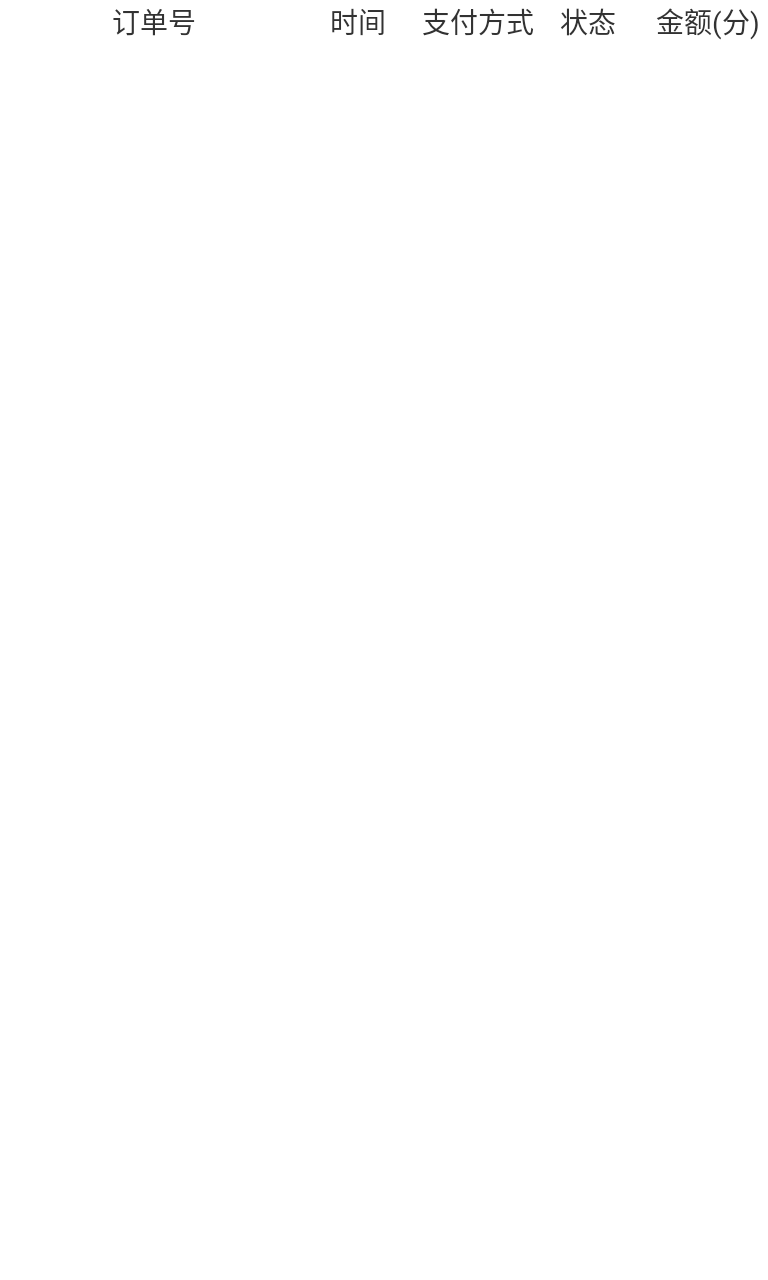
Repository: blanks1314/sysnc_android
Layout: UpayDemo/res/layout/view_head.xml
These files come from the project's save history. The layout is drawn as it stood at one moment and after the next save; the edit follows.
It is drawn on a 768 x 1280 px phone screen (xhdpi) without system bars, with theme AppTheme; the app's code is not run.

Above is the layout before, as saved 2015-05-05 04:45:51.

### UpayDemo/res/layout/view_head.xml
<?xml version="1.0" encoding="utf-8"?>
<LinearLayout xmlns:android="http://schemas.android.com/apk/res/android"
    android:layout_width="match_parent"
    android:layout_height="match_parent"
    android:orientation="horizontal" >

    <TextView
        android:id="@+id/tvOrderId"
        android:layout_width="0dp"
        android:layout_height="wrap_content"
        android:layout_weight="1"
        android:gravity="center"
        android:text="订单号"
        android:layout_marginLeft="5dp" />

    <TextView
        android:id="@+id/tvTime"
        android:gravity="center"
        android:layout_width="60dp"
        android:layout_height="wrap_content"
        android:text="时间" >
    </TextView>

    <TextView
        android:id="@+id/tvMethod"
        android:layout_width="60dp"
        android:gravity="center"
        android:layout_height="wrap_content"
        android:layout_marginRight="5dp"
        android:text="支付方式" >
    </TextView>

    <TextView
        android:id="@+id/tvState"
        android:layout_width="40dp"
        android:gravity="center"
        android:layout_height="wrap_content"
        android:layout_marginRight="5dp"
        android:text="状态" >
    </TextView>

    <TextView
        android:id="@+id/tvAmount"
        android:layout_width="60dp"
        android:gravity="center"
        android:layout_height="wrap_content"
        android:layout_marginLeft="5dp"
        android:text="金额(分)" >
    </TextView>

</LinearLayout>

### UpayDemo/res/values/styles.xml
<resources xmlns:android="http://schemas.android.com/apk/res/android">

    <!--
        Base application theme, dependent on API level. This theme is replaced
        by AppBaseTheme from res/values-vXX/styles.xml on newer devices.













    -->
    <style name="AppBaseTheme" parent="Theme.AppCompat.Light">
        <!--
            Theme customizations available in newer API levels can go in
            res/values-vXX/styles.xml, while customizations related to
            backward-compatibility can go here.













        -->
    </style>

    <!-- Application theme. -->
    <!--
    <style name="AppTheme" parent="AppBaseTheme">
        All customizations that are NOT specific to a particular API-level can go here.
    </style>








    -->

    <style name="AppTheme" parent="Theme.AppCompat.Light">
        <item name="tabView">@style/TabView</item>
        <item name="tabPageIndicator">@style/TabIndicator</item>
    </style>

    <style name="TabIndicator" />

    <style name="TabView">
        <item name="android:addStatesFromChildren">true</item>
        <item name="android:orientation">vertical</item>
        <item name="android:gravity">bottom|center_horizontal</item>
        <item name="android:layout_width">0dp</item>
        <item name="android:background">@android:color/white</item>
        <item name="android:layout_height">match_parent</item>
    </style>

    <style name="text_style_1">
        <item name="android:textSize">16sp</item>
        <item name="android:layout_width">0dp</item>
        <item name="android:layout_weight">1</item>
        <item name="android:layout_height">fill_parent</item>
        <item name="android:gravity">center_vertical</item>
        <item name="android:ellipsize">marquee</item>
        <item name="android:singleLine">true</item>
    </style>

    <style name="edit_style_1">
        <item name="android:textSize">16sp</item>
        <item name="android:layout_width">0dp</item>
        <item name="android:layout_weight">1</item>
        <item name="android:layout_height">fill_parent</item>
        <item name="android:gravity">center_vertical</item>
    </style>

    <style name="spn_style_1">
        <item name="android:textSize">10sp</item>
        <item name="android:layout_width">wrap_content</item>
        <item name="android:layout_height">fill_parent</item>
    </style>

    <style name="linear_style_1">
        <item name="android:layout_width">match_parent</item>
        <item name="android:gravity">center_vertical</item>
        <item name="android:layout_height">40dp</item>
        <item name="android:orientation">horizontal</item>
        <item name="android:layout_marginLeft">5dp</item>
        <item name="android:layout_marginRight">5dp</item>
        <item name="android:layout_marginTop">10dp</item>
    </style>

    <style name="img_btn_1">
        <item name="android:layout_width">wrap_content</item>
        <item name="android:layout_height">wrap_content</item>
        <item name="android:padding">10dp</item>
    </style>

    <style name="btn_style_1">
        <item name="android:layout_width">200dp</item>
        <item name="android:layout_height">wrap_content</item>
        <item name="android:background">@drawable/btn_selecter</item>
        <item name="android:textColor">@color/white</item>
        <item name="android:layout_marginTop">10dp</item>
    </style>

    <style name="btn_style_2">
        <item name="android:layout_width">100dp</item>
        <item name="android:layout_height">wrap_content</item>
        <item name="android:background">@drawable/btn_selecter</item>
        <item name="android:textColor">@color/white</item>
        <item name="android:layout_marginTop">10dp</item>
    </style>

    <style name="loading_dialog" parent="android:style/Theme.Dialog">
        <item name="android:windowFrame">@null</item>
        <item name="android:windowNoTitle">true</item>
        <item name="android:windowIsFloating">true</item>
        <item name="android:windowContentOverlay">@null</item>
        <item name="android:windowBackground">@android:color/transparent</item>
        <item name="android:background">#00000000</item>
 <!-- 设置自定义布局的背景透明 -->
    </style>

    <style name="error_dialog" parent="@android:style/Theme.Dialog">

                　　        <item name="android:windowFrame">@null</item>

                　　        <item name="android:windowIsFloating">true</item>

                　　        <item name="android:windowIsTranslucent">false</item>

                　　        <item name="android:windowNoTitle">true</item>

                　　        <item name="android:background">@android:color/white</item>

                　　        <item name="android:windowBackground">@null</item>

                　　        <item name="android:backgroundDimEnabled">false</item>
        <item name="android:textColor">@android:color/black</item>
    </style>

</resources>

### UpayDemo/res/values/attrs.xml
<?xml version="1.0" encoding="utf-8"?>
<resources>
    <declare-styleable name="TabView">
        <attr name="tabPageIndicator" format="reference" />
        <attr name="tabView" format="reference" />
    </declare-styleable>

    <string-array name="currTypes">
        <item >RMB(156)</item>
    </string-array>
</resources>

Loaded but not shown: UpayDemo/res/values-v11/styles.xml (common file); UpayDemo/res/values-v14/styles.xml (common file); UpayDemo/res/values/values.xml (657 lines, source omitted)

After the next save:
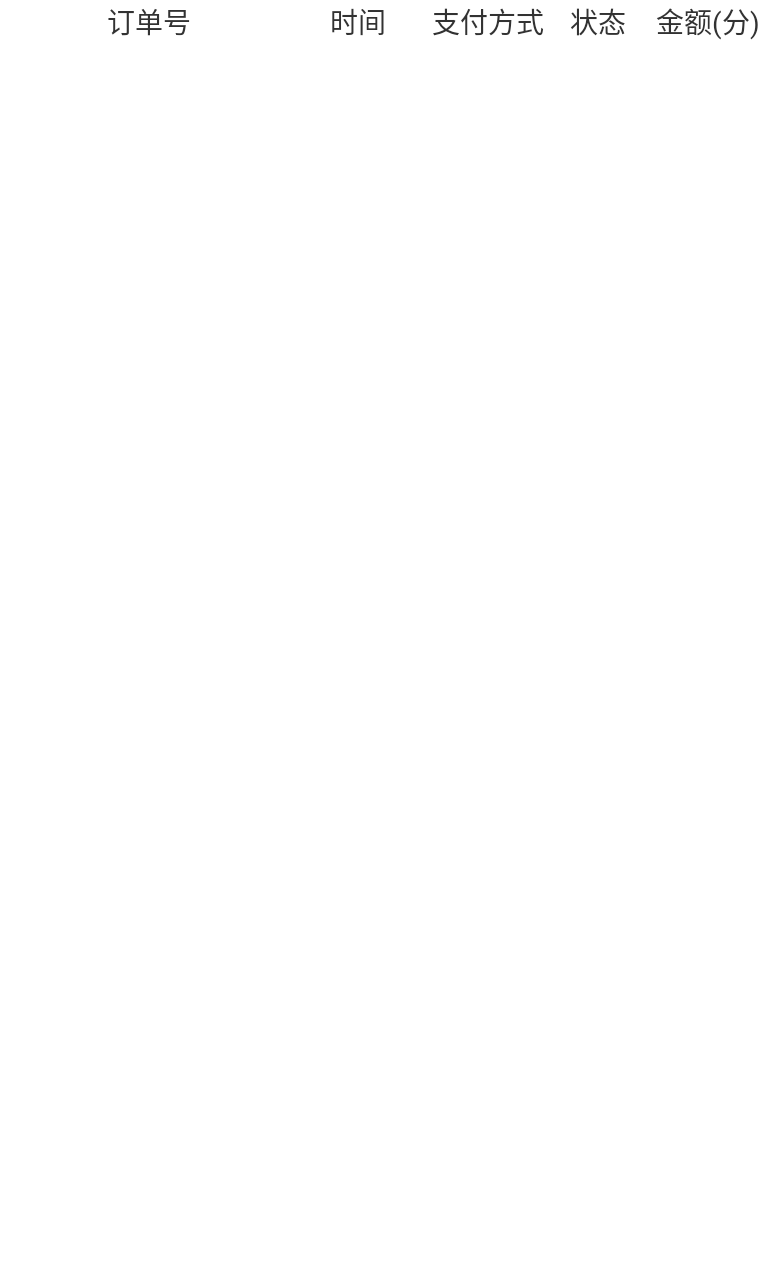
Saved 18 s later.
--- a/UpayDemo/res/layout/view_head.xml
+++ b/UpayDemo/res/layout/view_head.xml
@@ -18,6 +18,7 @@
         android:gravity="center"
         android:layout_width="60dp"
         android:layout_height="wrap_content"
+        android:layout_marginLeft="5dp"
         android:text="时间" >
     </TextView>
 
@@ -26,7 +27,7 @@
         android:layout_width="60dp"
         android:gravity="center"
         android:layout_height="wrap_content"
-        android:layout_marginRight="5dp"
+        android:layout_marginLeft="5dp"
         android:text="支付方式" >
     </TextView>
 
@@ -35,7 +36,7 @@
         android:layout_width="40dp"
         android:gravity="center"
         android:layout_height="wrap_content"
-        android:layout_marginRight="5dp"
+        android:layout_marginLeft="5dp"
         android:text="状态" >
     </TextView>
 
